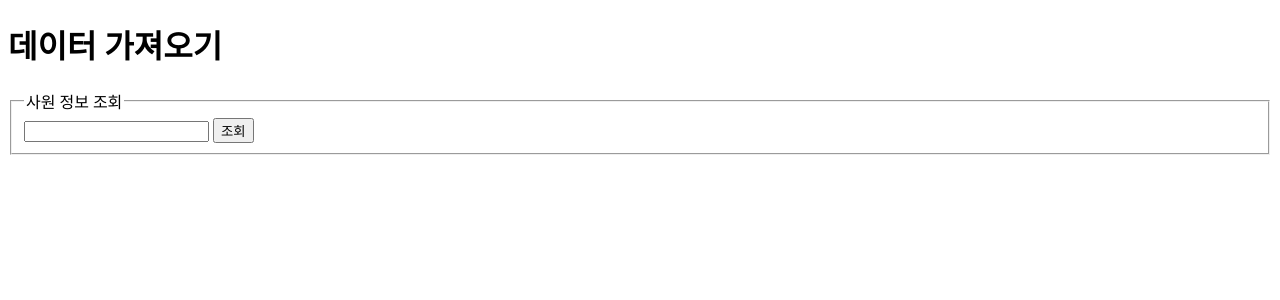
Repository: lafayetteey/WorkSpace_JQ_Ajax
Page: workspace_jq_Ajax/UI_JQ_Ajax/WebContent/jq21_ajax.html
The author's editor kept a copy of each file at every save. The page is drawn from the files as they stood at one save, then again after the next save.
The browser window is 1280 px wide. The pictures show the whole page.

Above is the page before, as saved 2020-06-22 09:46:17.

After the next save:
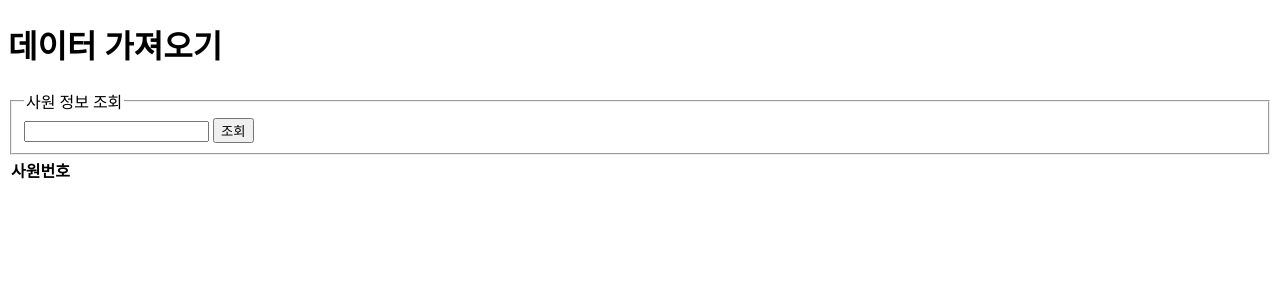
Saved 43 s later.
--- a/workspace_jq_Ajax/UI_JQ_Ajax/WebContent/jq21_ajax.html
+++ b/workspace_jq_Ajax/UI_JQ_Ajax/WebContent/jq21_ajax.html
@@ -11,5 +11,10 @@
 		<input type="text" name="empid">
 		<input type="button" id="emp_search" value="조회">
 	</fieldset>
+	<table>
+		<tr>
+			<th>사원번호 </th>
+		</tr>
+	</table>
 </body>
 </html>
